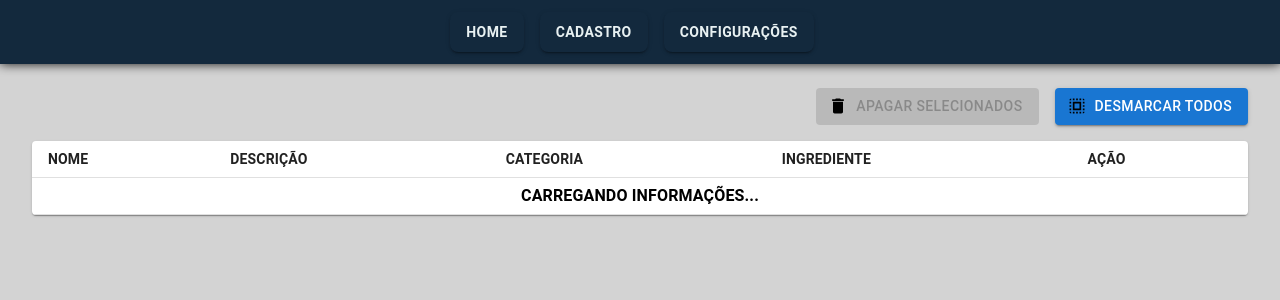
Repository: oZanella/projeto_windel_web_CRM
Page: /
An editor plug-in stored every save of this project. The page is shown before and after the next save, followed by the edit.
The browser window is 1280 px wide. The pictures show the whole page.
The page's requests for data from a server got no answer. The project was rebuilt for these pictures with package versions that can differ from the ones it lists, and the page was loaded fresh each time. No one was signed in, and anything a server would have sent is missing. Also part of the build but not shown: vite.config.js, src/routes/Configuracoes.jsx. Imported but missing from the stored project, and not drawn on this page: src/routes/Cadastro.jsx.

Above is the page before, as saved 2024-08-19 10:45:52.

### index.html
<!doctype html>
<html lang="en">

<head>
  <meta charset="UTF-8" />
  <link rel="icon" type="image/svg+xml" href="./src/image/LogoWindel.svg" />
  <link rel="stylesheet" href="src/style/GlobalStyles.css" />
  <link href="https://fonts.googleapis.com/css2?family=Playfair+Display&display=swap" rel="stylesheet">

  <meta name="viewport" content="width=device-width, initial-scale=1.0" />
  <title>Projeto Teste - CRM </title>
</head>

<body>
  <div id="root"></div>
  <script type="module" src="/src/main.jsx"></script>
</body>

</html>

### src/style/GlobalStyles.css
:root {
  --click: #7fa8c4;
  --primary: #E8F1F2;
  --darkblue: #13293D;
  --secondary: #000000;
  --ligthblue: #1b98e0;
  --animation: #006494;
  --animation2: #006684;
  --ligthkgrey: #D3D3D3;
  --blueceledron: #247ba0;
  --delete: #FF0000;
}

* {
    color: var(--secondary);
}

body {
  background-color: var(--ligthkgrey);
}

### src/main.jsx
import { createBrowserRouter, RouterProvider, Navigate } from "react-router-dom"
import { createRoot } from 'react-dom/client'
import { StrictMode } from 'react'
import { App } from './App.jsx'

import './style/GlobalStyles.css'

//páginas do projeto
import { Cadastro } from './routes/Cadastro.jsx'
import { Home } from './routes/Home.jsx'
import { Configuracoes } from './routes/configuracoes.jsx'

const router = createBrowserRouter([
  {
    element: <App />,
    children: [
      {
        path: '/',
        element: <Navigate to="/home" replace />,
      },
      {
        path: '/home',
        element: <Home />,
      },
      {
        path: '/cadastro',
        element: <Cadastro />,
      },
      {
        path: '/configuracoes',
        element: <Configuracoes />,
      },
    ],
  },
])

createRoot(document.getElementById('root')).render(
  <StrictMode>
    <RouterProvider router={router} />
  </StrictMode>,
)

### src/App.jsx
import { Header } from './components/Header'
import { Outlet } from 'react-router-dom'
import { Box } from '@mui/material'
import './style/GlobalStyles.css'

export function App() {
  return (
    <Box sx={{ p: { xs: 2, sm: 3 }, marginTop: { xs: 8, sm: 8 } }}>
      <Header />
      <Box>
        <Outlet />
      </Box>
    </Box>
  );
}

### src/routes/Home.jsx
import React, { useEffect, useState } from 'react';
import { Box, TextField, Button, Dialog, DialogActions, DialogContent, DialogTitle, Select, MenuItem, FormControl, InputLabel } from '@mui/material';

import { handleShowDetails, handleEdit, handleSave, handleInputChange } from '../components/Handle';
import { CardDados } from '../components/TableHome';

import { blogFetch } from '../axios/config';


export const Home = () => {
  const [posts, setPosts] = useState([]);
  const [selectInfo, setSelectInfo] = useState(null);
  const [modeEdit, setModeEdit] = useState(null);
  const [dataEdit, setDataEdit] = useState({});
  const [openAddDialog, setOpenAddDialog] = useState(false);
  const [newPost, setNewPost] = useState({ name: '', description: '', category: '' });

  const getPosts = async () => {
    try {
      const response = await blogFetch.get("/recipe");
      const uniqueData = response.data.filter((value, index, self) =>
        index === self.findIndex((t) => t.id === value.id)
      );
      setPosts(uniqueData); // Garante que não tenha dados duplicados
    } catch (error) {
      console.log(error);
    }
  };

  useEffect(() => {
    getPosts();
  }, []);

  const handleDelete = async (postId) => {
    try {
      await blogFetch.delete(`/recipe/${postId}`);
      setPosts(posts.filter(post => post.id !== postId));
      console.log('Post deletado com sucesso');
    } catch (error) {
      console.error('Erro ao deletar o post', error);
    }
  };

  const handleAddOpen = () => setOpenAddDialog(true);
  const handleAddClose = () => setOpenAddDialog(false);

  {/* API para envio do novo registro*/ }
  const handleAdd = async () => {
    try {
      const newPostFormatted = {
        name: newPost.name,
        description: newPost.description,
        ingredients: [],
        category: newPost.category,
        isFavorite: newPost.isFavorite
      };

      const response = await blogFetch.post("/recipe", newPostFormatted);
      setPosts([...posts, response.data]);
      setNewPost({ name: '', description: '', category: '', isFavorite: false });
      handleAddClose();
      console.log('Post adicionado com sucesso');
    } catch (error) {
      console.error('Erro ao adicionar o post', error);
    }
  };

  return (
    <Box>
      {/* Dados para Adicionar Novo Registro */}
      <Dialog open={openAddDialog} onClose={handleAddClose}>
        <DialogTitle>Adicionar Novo Registro</DialogTitle>
        <DialogContent>
          <TextField
            name="name"
            label="Nome"
            value={newPost.name}
            onChange={(e) => setNewPost({ ...newPost, name: e.target.value })}
            fullWidth
            sx={{ marginBottom: 2 }}
          />
          <TextField
            name="description"
            label="Descrição"
            value={newPost.description}
            onChange={(e) => setNewPost({ ...newPost, description: e.target.value })}
            fullWidth
            sx={{ marginBottom: 2 }}
          />
          <TextField
            name="category"
            label="Categoria"
            value={newPost.category}
            onChange={(e) => setNewPost({ ...newPost, category: e.target.value })}
            fullWidth
            sx={{ marginBottom: 2 }}
          />
          <FormControl fullWidth sx={{ marginBottom: 2 }}>
            <InputLabel>Favorito</InputLabel>
            <Select
              name="isFavorite"
              value={newPost.isFavorite}
              onChange={(e) => setNewPost({ ...newPost, isFavorite: e.target.value })}
              label="Favorito"
            >
              <MenuItem value={true}>Sim</MenuItem>
              <MenuItem value={false}>Não</MenuItem>

            </Select>
          </FormControl>
        </DialogContent>
        <DialogActions>
          <Button onClick={handleAddClose}>Cancelar</Button>
          <Button onClick={handleAdd}>Adicionar</Button>
        </DialogActions>
      </Dialog>

      <CardDados
        posts={posts}
        handleDelete={handleDelete}
        handleEdit={handleEdit}
        handleSave={handleSave}
        modeEdit={modeEdit}
        setModeEdit={setModeEdit}
        dataEdit={dataEdit}
        setDataEdit={setDataEdit}
        handleInputChange={handleInputChange}
        selectInfo={selectInfo}
        setSelectInfo={setSelectInfo}
        handleShowDetails={handleShowDetails}
      />
    </Box>
  );
};

### src/components/Header.jsx
import { AppBar, Toolbar, Typography, Box, Button, IconButton } from '@mui/material';
import Logo from '../image/LogoWindel.svg';
import { Link } from 'react-router-dom';
import React from 'react';

export const Header = () => {
  return (

    // Header fundo 1 //
    <AppBar
      position="fixed"
      sx={{
        width: '100%',
        boxShadow: '0px 0.01px 11px var(--secondary)',
        top: 0,
        left: 0,
      }}
    >

      {/* Header fundo 2 */}
      <Toolbar
        sx={{
          display: 'flex',
          alignItems: 'center',
          padding: { xs: '0px', sm: '0px' },
          justifyContent: 'space-between',
          height: '64px',
          minHeight: '64px',
          backgroundColor: 'var(--darkblue)',
          boxSizing: 'border-box',
        }}
      >

        {/* Botões */}
        <Box
          sx={{
            mr: { xs: 0, sm: 2 },
            gap: 2,
            display: 'flex',
            alignItems: 'center',
            flexGrow: { xs: 1, sm: 1},
            justifyContent: { xs: 'center' },
            '& .MuiButton-root': {
              backgroundColor: 'transparent',
              color: 'var(--primary)',
              borderRadius: '8px',
              padding: '8px 16px',
              fontWeight: 'bold',
              textTransform: 'uppercase',
              transition: 'background-color 0.3s, transform 0.3s',

              // Animação
              '&:hover': {
                backgroundColor: 'var(--animation)',
                transform: 'scale(1.07)',
              },
              '&:active': {
                backgroundColor: 'var(--click)',
              },
            },
          }}
        >
          <Button variant="contained" component={Link} to={`/home`}>Home</Button>
          <Button variant="contained" component={Link} to={`/cadastro`}>Cadastro</Button>
          <Button variant="contained" component={Link} to={`/configuracoes`}>Configurações</Button>
        </Box>
      </Toolbar>
    </AppBar>
  );
};

### src/components/Handle.jsx

import { blogFetch } from '../axios/config';


export const handleShowDetails = (post, setSelectInfo, selectInfo) => {
  if (selectInfo?.id === post.id) {
    setSelectInfo(null); // Fecha se já estiver aberto
  } else {
    setSelectInfo(post); // Abre o post atual
  }
};

export const handleEdit = (post, setModeEdit, setDataEdit) => {
  setModeEdit(post.id);
  setDataEdit(post);
};

//continua com erro, verificar!!
export const handleSave = async (postId, updateData) => {
  try {
    // Envie uma requisição PUT ou POST para salvar os dados atualizados
    const response = await blogFetch.put(`/blogFetch/posts/${postId}`, updateData);
    console.log('Dados salvos com sucesso', response.data);

  } catch (error) {
    console.error('Erro de API', error);
  }
};

export const handleInputChange = (e, setDataEdit) => {
  setDataEdit(prevDataEdit => ({ ...prevDataEdit, [e.target.name]: e.target.value }));
};

### src/components/TableHome.jsx
import React, { useState, useEffect } from 'react';
import {
  Table, TableBody, TableCell, TableContainer, TableHead, TableRow, Typography, Box, Button, IconButton, TextField, Dialog, DialogContent, DialogActions, FormControlLabel, Switch, Chip, Paper, Checkbox
} from '@mui/material';
import EditIcon from '@mui/icons-material/Edit';
import SaveIcon from '@mui/icons-material/Save';
import AddIcon from '@mui/icons-material/Add';
import CloseIcon from '@mui/icons-material/Close';
import DeleteIcon from '@mui/icons-material/Delete';
import SelectAllIcon from '@mui/icons-material/SelectAll';
import axios from 'axios';

const API_BASE_URL = 'https://teste-tecnico-front-api.up.railway.app';

export const CardDados = ({
  posts, setPosts, handleDelete
}) => {
  const [openModal, setOpenModal] = useState(false);
  const [currentPost, setCurrentPost] = useState(null);
  const [dataEdit, setDataEdit] = useState({});
  const [newIngredient, setNewIngredient] = useState('');
  const [selectedPosts, setSelectedPosts] = useState([]);

  useEffect(() => {
    if (currentPost) {
      setDataEdit({ ...currentPost });
    }
  }, [currentPost]);

  const handleEditOpen = (post) => {
    setCurrentPost(post);
    setOpenModal(true);
  };

  const handleEditClose = () => {
    setOpenModal(false);
    setCurrentPost(null);
    setNewIngredient('');
  };

  const handleSaveModal = async () => {
    if (currentPost) {
      try {
        await axios.put(`${API_BASE_URL}/posts/${currentPost.id}`, dataEdit);
        const response = await axios.get(`${API_BASE_URL}/posts`);
        setPosts(response.data);
        handleEditClose();
      } catch (error) {
        console.error('Error ao salvar:', error);
      }
    }
  };

  const handleAddIngredient = () => {
    if (newIngredient.trim() !== '') {
      setDataEdit((prevData) => ({
        ...prevData,
        ingredients: [...(prevData.ingredients || []), newIngredient.trim()],
      }));
      setNewIngredient('');
    }
  };

  const handleRemoveIngredient = (ingredientToRemove) => {
    setDataEdit((prevData) => ({
      ...prevData,
      ingredients: (prevData.ingredients || []).filter((ingredient) => ingredient !== ingredientToRemove),
    }));
  };

  const handleSelectAll = () => {
    if (selectedPosts.length === posts.length) {
      setSelectedPosts([]); // Deselect all
    } else {
      setSelectedPosts(posts.map(post => post.id)); // Select all
    }
  };

  const handleDeleteSelected = async () => {
    try {
      await Promise.all(selectedPosts.map(id => axios.delete(`${API_BASE_URL}/posts/${id}`)));
      const response = await axios.get(`${API_BASE_URL}/posts`);
      setPosts(response.data);
      setSelectedPosts([]);
    } catch (error) {
      console.error('Error ao apagar os registros:', error);
    }
  };

  const handleSelectPost = (id) => {
    setSelectedPosts(prevSelected =>
      prevSelected.includes(id)
        ? prevSelected.filter(postId => postId !== id)
        : [...prevSelected, id]
    );
  };

  return (
    <>
      <Box sx={{ display: 'flex', justifyContent: 'flex-end', mb: 2 }}>
        <Button
          variant="contained"
          color="error"
          startIcon={<DeleteIcon />}
          onClick={handleDeleteSelected}
          disabled={selectedPosts.length === 0}
          sx={{ marginRight: 2 }}
        >
          Apagar Selecionados
        </Button>
        <Button
          variant="contained"
          color="primary"
          startIcon={<SelectAllIcon />}
          onClick={handleSelectAll}
        >
          {selectedPosts.length === posts.length ? 'Desmarcar Todos' : 'Selecionar Todos'}
        </Button>
      </Box>

      {/* Tabela aonde aparece os dados */}
      <TableContainer component={Paper} sx={{ overflowX: 'auto' }}>
        <Table size='small'>
          <TableHead>
            <TableRow>
              <TableCell sx={{ fontWeight: 'bold', textTransform: 'uppercase' }}>Nome</TableCell>
              <TableCell sx={{ fontWeight: 'bold', textTransform: 'uppercase' }}>Descrição</TableCell>
              <TableCell sx={{ fontWeight: 'bold', textTransform: 'uppercase' }}>Categoria</TableCell>
              <TableCell sx={{ fontWeight: 'bold', textTransform: 'uppercase' }}>Ingrediente</TableCell>
              <TableCell sx={{ fontWeight: 'bold', textTransform: 'uppercase' }}>Ação</TableCell>
            </TableRow>
          </TableHead>
          <TableBody>
            {posts.length === 0 ? (
              <TableRow>
                <TableCell colSpan={5} align="center">
                  <Typography variant="body1" sx={{ fontWeight: 'bold', textTransform: 'uppercase' }}>Carregando informações...</Typography>
                </TableCell>
              </TableRow>
            ) : (
              posts.map((post) => (
                <TableRow sx={{ height: 'auto' }} key={post.id}>
                  <TableCell sx={{ padding: '8px' }}>
                    {post.name}
                  </TableCell>
                  <TableCell sx={{ padding: '8px' }}>{post.description}</TableCell>
                  <TableCell sx={{ padding: '8px' }}>{post.category}</TableCell>

                  <TableCell sx={{ padding: '8px' }}>
                    <Box sx={{
                      display: 'flex',
                      flexWrap: 'wrap',
                      overflowX: 'auto',
                      gap: 1,
                      width: '100%',
                    }}>
                      {post.ingredients && post.ingredients.length > 0 ? (
                        post.ingredients.map((ingredient) => (
                          <Box
                            key={ingredient.id}
                            sx={{
                              display: 'flex',
                              flexDirection: 'column',
                              alignItems: 'flex-start',
                              marginRight: 1,
                              marginBottom: 1,
                            }}
                          >
                            <Typography variant="body1">{ingredient.name}</Typography>
                            <Typography variant="body2" color="textSecondary">
                              Quantidade: {ingredient.quantity}
                            </Typography>
                          </Box>
                        ))
                      ) : (
                        <Typography variant="body2">Nenhum ingrediente disponível</Typography>
                      )}
                    </Box>
                  </TableCell>

                  <TableCell>
                    <Box sx={{ display: 'flex', alignItems: 'center' }}>
                      <Checkbox
                        checked={selectedPosts.includes(post.id)}
                        onChange={() => handleSelectPost(post.id)}
                        color="primary"
                      />
                      <IconButton
                        color="primary"
                        onClick={() => handleEditOpen(post)}
                        sx={{ mr: 1 }}
                      >
                        <EditIcon />
                      </IconButton>
                      <IconButton
                        color="error"
                        onClick={() => handleDelete(post.id)}
                      >
                        <DeleteIcon />
                      </IconButton>
                    </Box>
                  </TableCell>
                </TableRow>
              ))
            )}
          </TableBody>
        </Table>
      </TableContainer>

      {/* Modal de edição */}
      <Dialog open={openModal} onClose={handleEditClose} fullWidth maxWidth="sm">
        <DialogContent>
          {currentPost && (
            <Box component="form" sx={{ display: 'flex', flexDirection: 'column', gap: 2 }}>
              <TextField
                name="name"
                label="Nome"
                value={dataEdit.name || ''}
                onChange={(e) => setDataEdit({ ...dataEdit, name: e.target.value })}
                fullWidth
                sx={{ marginBottom: 2 }}
              />
              <TextField
                name="description"
                label="Descrição"
                value={dataEdit.description || ''}
                onChange={(e) => setDataEdit({ ...dataEdit, description: e.target.value })}
                fullWidth
                sx={{ marginBottom: 2 }}
              />
              <TextField
                name="category"
                label="Categoria"
                value={dataEdit.category || ''}
                onChange={(e) => setDataEdit({ ...dataEdit, category: e.target.value })}
                fullWidth
                sx={{ marginBottom: 2 }}
              />
              <FormControlLabel
                control={
                  <Switch
                    checked={dataEdit.isFavorite || false}
                    onChange={(e) => setDataEdit({ ...dataEdit, isFavorite: e.target.checked })}
                    name="isFavorite"
                    color="primary"
                  />
                }
                label="Favorito"
                sx={{ marginTop: 1 }}
              />
              <Box sx={{ marginTop: 2 }}>
                <Typography variant="h6" sx={{ mb: 1 }}>Ingredientes</Typography>
                {dataEdit.ingredients && dataEdit.ingredients.map((ingredient, index) => (
                  <Chip
                    key={index}
                    label={`${ingredient.name} (${ingredient.quantity})`}
                    onDelete={() => handleRemoveIngredient(ingredient)}
                    sx={{ marginRight: 1, marginBottom: 1 }}
                    deleteIcon={<CloseIcon />}
                  />
                ))}
                <Box sx={{ display: 'flex', alignItems: 'center', mt: 2 }}>
                  <TextField
                    value={newIngredient}
                    onChange={(e) => setNewIngredient(e.target.value)}
                    label="Novo ingrediente"
                    variant="outlined"
                    size="small"
                    sx={{ marginRight: 1 }}
                  />
                  <Button
                    variant="contained"
                    color="primary"
                    onClick={handleAddIngredient}
                    startIcon={<AddIcon />}
                  >
                    Adicionar
                  </Button>
                </Box>
              </Box>
            </Box>
          )}
        </DialogContent>
        <DialogActions>
          <Button onClick={handleEditClose} color="inherit">
            Cancelar
          </Button>
          <Button
            onClick={handleSaveModal}
            color="primary"
            variant="contained"
            startIcon={<SaveIcon />}
          >
            Salvar
          </Button>
        </DialogActions>
      </Dialog>
    </>
  );
};

### src/axios/config.jsx
// src/axios/config.js
import axios from 'axios';

export const blogFetch = axios.create({
  baseURL: 'https://teste-tecnico-front-api.up.railway.app',
  headers: {
    'Content-Type': 'application/json',
  },
});

After the next save:
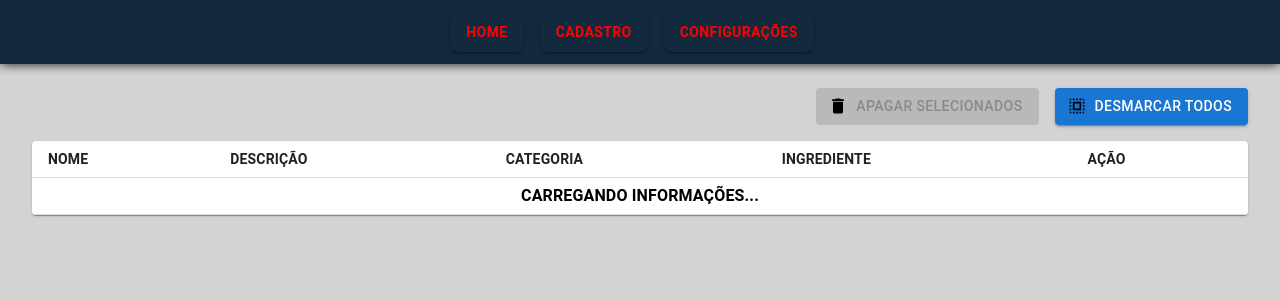
Saved 12 s later.
--- a/src/components/Header.jsx
+++ b/src/components/Header.jsx
@@ -42,7 +42,7 @@
             justifyContent: { xs: 'center' },
             '& .MuiButton-root': {
               backgroundColor: 'transparent',
-              color: 'var(--primary)',
+              color: 'red',
               borderRadius: '8px',
               padding: '8px 16px',
               fontWeight: 'bold',

After the save that followed:
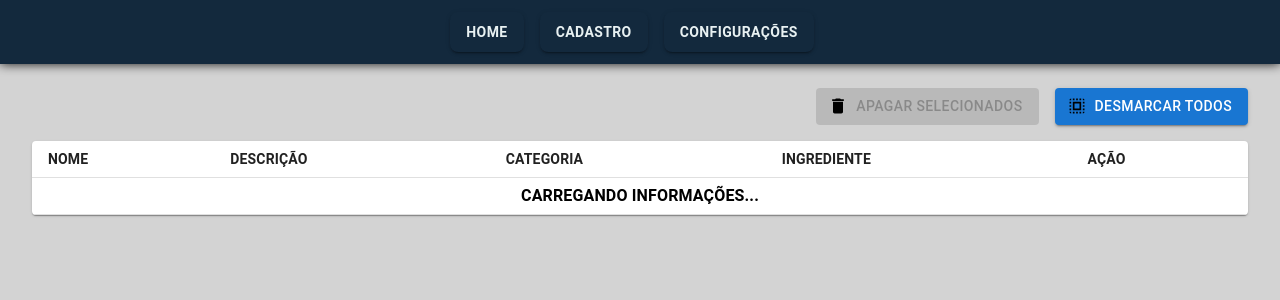
Saved 6 s later.
--- a/src/components/Header.jsx
+++ b/src/components/Header.jsx
@@ -42,7 +42,7 @@
             justifyContent: { xs: 'center' },
             '& .MuiButton-root': {
               backgroundColor: 'transparent',
-              color: 'red',
+              color: 'var(--primary)',
               borderRadius: '8px',
               padding: '8px 16px',
               fontWeight: 'bold',
